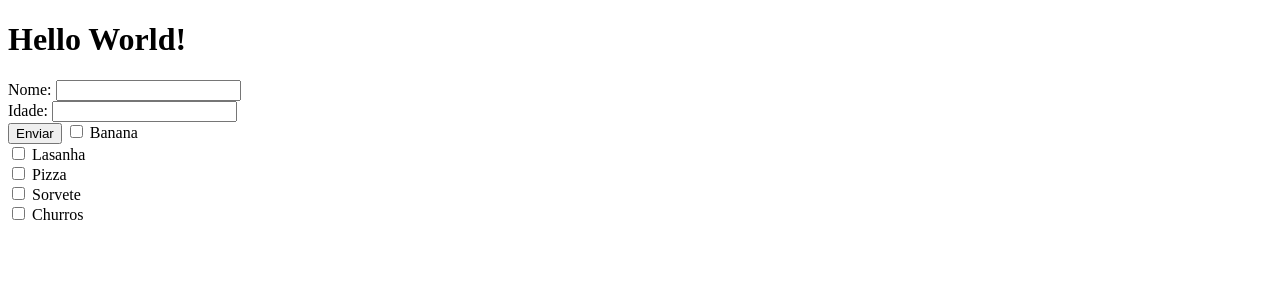
Repository: gustavofragadeveloper/Estudos-backend
Page: AULA6/aula-02-04/src/main/webapp/index.html
The author's editor kept a copy of each file at every save. The page is drawn from the files as they stood at one save, then again after the next save.
The browser window is 1280 px wide. The pictures show the whole page.

Above is the page before, as saved 2024-04-03 00:18:39.

After the next save:
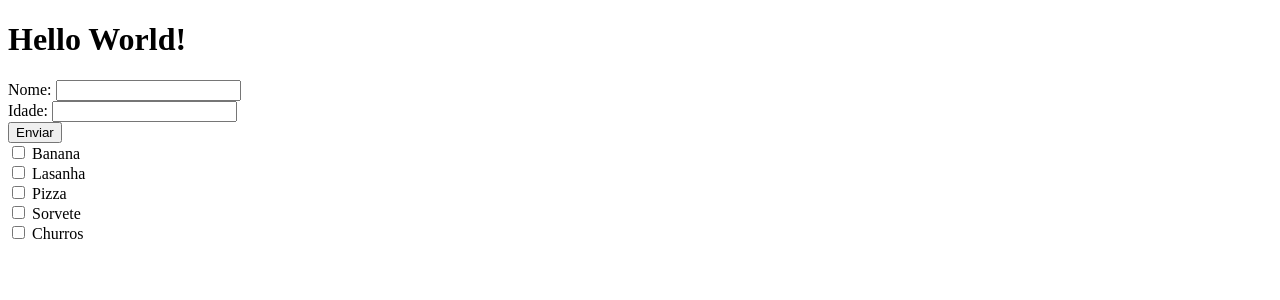
Saved 37 s later.
--- a/AULA6/aula-02-04/src/main/webapp/index.html
+++ b/AULA6/aula-02-04/src/main/webapp/index.html
@@ -9,7 +9,7 @@
 <form action="Aula" method="get">
 Nome: <input type="text" name="nome"><br>
 Idade: <input type="number" name="idade"><br>
-<input type="submit" value="Enviar">
+<input type="submit" value="Enviar"> <br>
 <input type="checkbox" name="comidasFavoritas" value="banana"> Banana <br>
 <input type="checkbox" name="comidasFavoritas" value="lasanha"> Lasanha <br>
 <input type="checkbox" name="comidasFavoritas" value="pizza"> Pizza <br>
